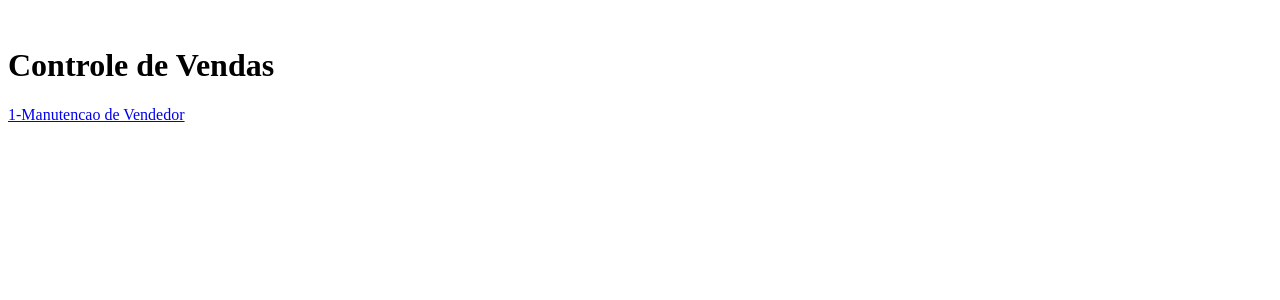
Repository: gabriellacrystina/workspaceWeb
Page: http://localhost/PrjVendas/Menu.jsp
An editor plug-in stored every save of this project. The page is shown before and after the next save, followed by the edit.
The browser window is 1280 px wide. The pictures show the whole page.
The page is served by Tomcat 9.

Above is the page before, as saved 2015-09-14 15:49:21.

After the next save:
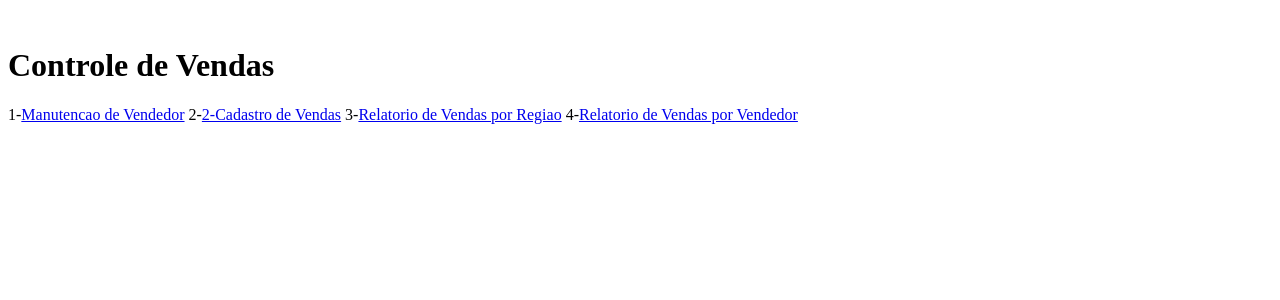
Saved 7 h 31 min later.
--- a/PrjVendas/WebContent/Menu.jsp
+++ b/PrjVendas/WebContent/Menu.jsp
@@ -10,6 +10,9 @@
 		<br>
 		<h1>Controle de Vendas</h1>
 
-			<a href="CadastroVendedor.jsp">1-Manutencao de Vendedor</a>
+			1-<a href="ManutencaoVendedor.jsp">Manutencao de Vendedor</a>
+			2-<a href="CadastroVendas.jsp">2-Cadastro de Vendas</a>
+			3-<a href="RelatorioVendasRegiao.jsp">Relatorio de Vendas por Regiao</a>
+			4-<a href="RelatorioVendasVendedor.jsp">Relatorio de Vendas por Vendedor</a>
 	</body>
 </html>
